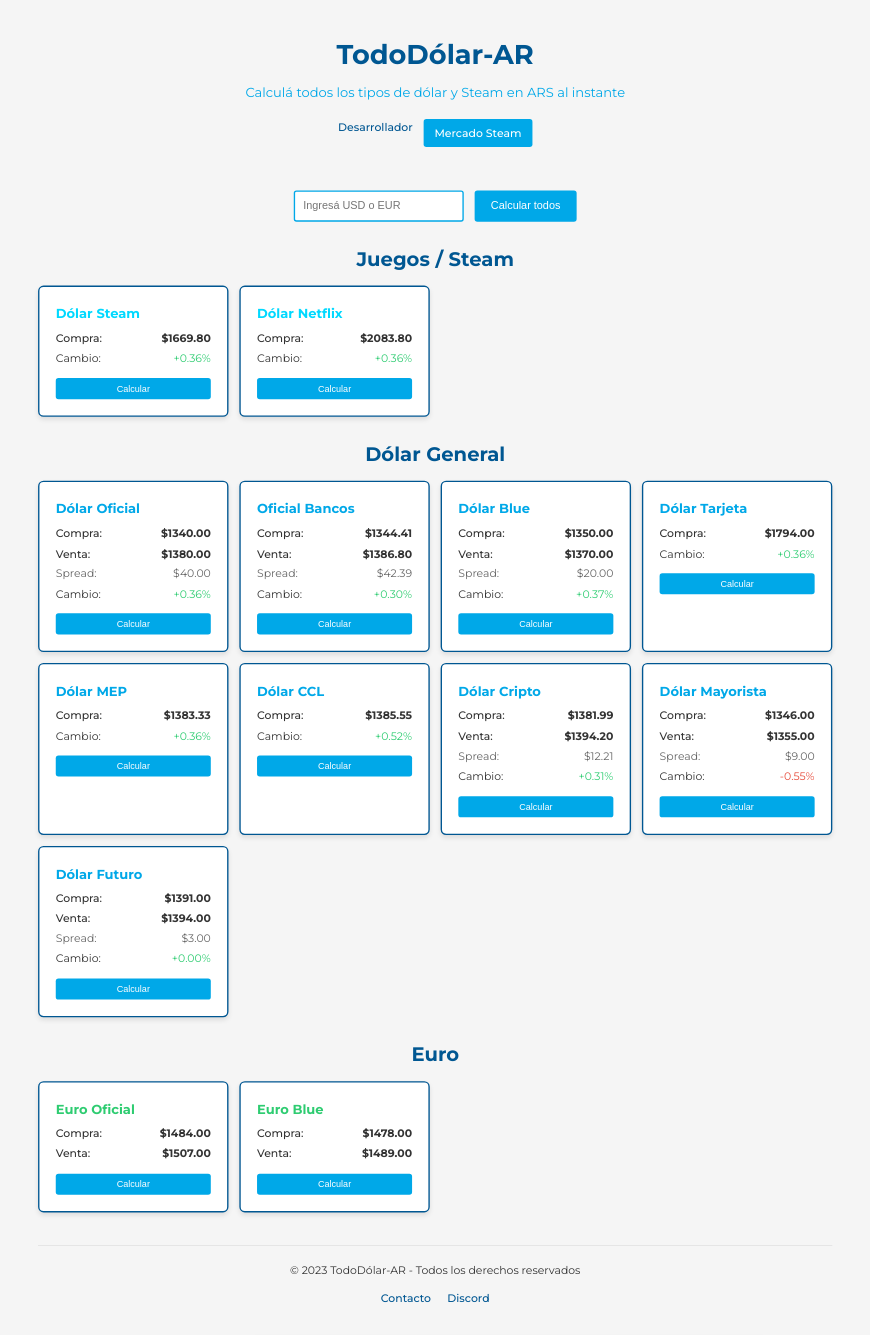
Repository: FabriDevelope/todod-lar-ar
Page: index.html
An editor plug-in stored every save of this project. The page is shown before and after the next save, followed by the edit.
The browser window is 1280 px wide. The pictures show the whole page, at 68% of full size.

Above is the page before, as saved 2025-09-06 21:05:41.

After the next save:
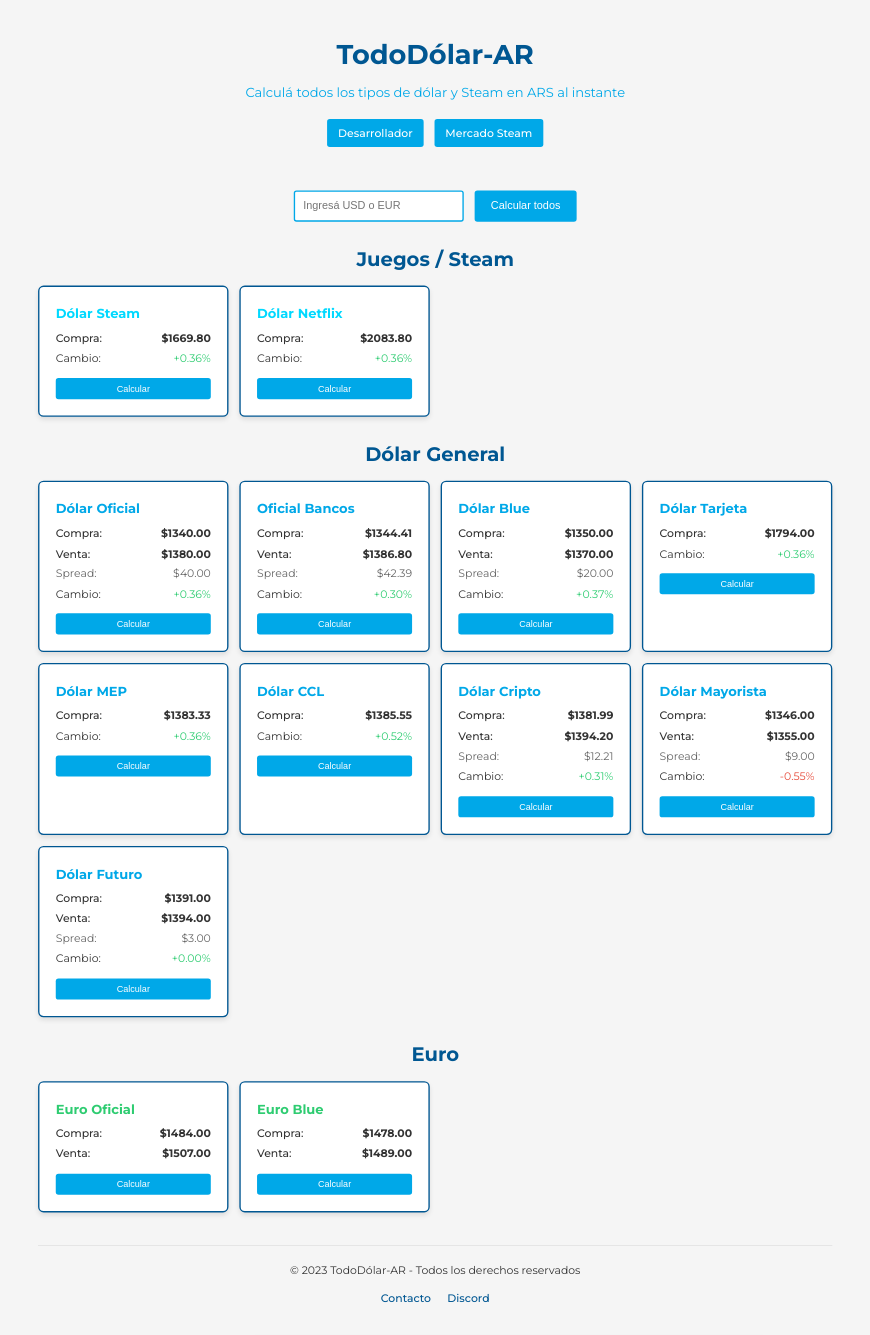
Saved 69 s later.
--- a/index.html
+++ b/index.html
@@ -15,7 +15,7 @@
             <h1 class="header-title">TodoDólar-AR</h1>
             <p class="header-subtitle">Calculá todos los tipos de dólar y Steam en ARS al instante</p>
             <div class="header-links">
-                <a href="https://fabridevs.netlify.app" target="_blank" class="dev-link">Desarrollador</a>
+                <a href="https://fabridevs.netlify.app" target="_blank" class="steam-btn">Desarrollador</a>
                 <a href="https://store.steampowered.com/search/?filter=topsellers&specials=1" target="_blank" class="steam-btn">Mercado Steam</a>
             </div>
         </header>
